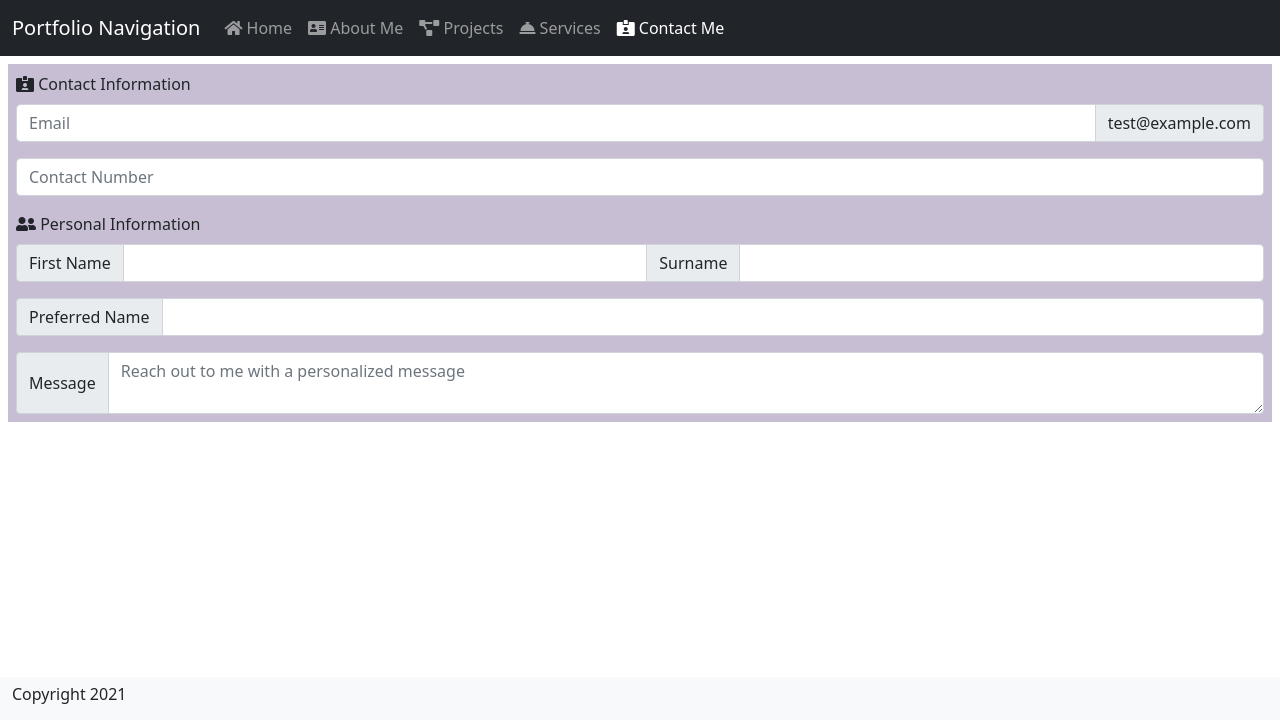
Repository: GarlicButterBoy/Portfolio
Page: contact.html
These files come from the project's save history. The page is drawn as it stood at one moment and after the next save; the edit follows.
The browser window is 1280 px wide. The page is 1284 px wide, so the pictures cover 1284 px, including what lies to the right of the window. The pictures show the whole page.

Above is the page before, as saved 2021-06-09 13:09:48.

### contact.html
<!DOCTYPE html>
<html lang="en">
<head>
    <meta charset="UTF-8">
    <meta http-equiv="X-UA-Compatible" content="IE=edge">
    <meta name="viewport" content="width=device-width, initial-scale=1.0">
    <title>Nick Sturch-Flint Portfolio</title>
    <link rel="stylesheet" href="./node_modules/bootstrap/dist/css/bootstrap.min.css">
    <link rel="stylesheet" href="./node_modules/@fortawesome/fontawesome-free/css/all.min.css">
    <link rel="stylesheet" href="./Content/app.css">
</head>
<body>
  <!-- Main Navigation -->
    <nav class="navbar navbar-expand-lg navbar-dark bg-dark">
        <div class="container-fluid">
          <a class="navbar-brand" href="#">Portfolio Navigation</a>
          <button class="navbar-toggler" type="button" data-bs-toggle="collapse" data-bs-target="#navbarNavAltMarkup" aria-controls="navbarNavAltMarkup" aria-expanded="false" aria-label="Toggle navigation">
            <span class="navbar-toggler-icon"></span>
          </button>
          <div class="collapse navbar-collapse" id="navbarNavAltMarkup">
            <div class="navbar-nav ml-auto">
              <a id="home" class="nav-link" aria-current="page" href="index.html"><i class="fas fa-home"></i> Home</a>
              <a id="about" class="nav-link" href="about.html"><i class="fas fa-address-card"></i> About Me</a>
              <a id="projects" class="nav-link" href="projects.html"><i class="fas fa-project-diagram"></i> Projects</a>
              <a id="services" class="nav-link" href="services.html"><i class="fas fa-concierge-bell"></i> Services</a>
              <a id="contact" class="nav-link" href="contact.html"><i class="fas fa-id-card-alt"></i> Contact Me</a>
            </div>
          </div>
        </div>
      </nav>
      <!-- End of Main Navigation -->

      <main class="containrer p-2">
        <div class="row">
          <div class="col">
            <div class="jumbotron p-2" id="contentArea">
              <label for="basic-url" class="form-label"><i class="fas fa-id-card-alt"></i> Contact Information</label>
              <div class="input-group mb-3">
                <input type="text" class="form-control" placeholder="Email" aria-label="Email" aria-describedby="basic-addon2">
                <span class="input-group-text" id="basic-addon2">test@example.com</span>
              </div>

              <div class="input-group mb-3">
                <input type="text" class="form-control" placeholder="Contact Number" aria-label="Contact Number" aria-describedby="basic-addon2">

              </div>

              <label for="basic-url" class="form-label"><i class="fas fa-user-friends"></i> Personal Information</label>
              <div class="input-group mb-3">
                <span class="input-group-text" id="basic-addon3">First Name</span>
                <input type="text" class="form-control" id="basic-url" aria-describedby="basic-addon3">

                <span class="input-group-text">Surname</span>
                <input type="text" class="form-control" aria-label="Surname">
              </div>

              <div class="input-group mb-3">
                <span class="input-group-text">Preferred Name</span>
                <input type="text" class="form-control" aria-label="Preferred Name">
              </div>



              <div class="input-group">
                <span class="input-group-text">Message</span>
                <textarea class="form-control" placeholder="Reach out to me with a personalized message" aria-label="Message"></textarea>
              </div>
            </div>
          </div>
        </div>
      </main>


      <footer>
        <nav class="navbar fixed-bottom navbar-light bg-light">
          <div class="container-fluid">
            <h6>Copyright 2021</h6>
          </div>
        </nav>
      </footer>

      <!-- Third Party Libraries -->
      <script src="./node_modules/jquery/dist/jquery.min.js"></script>
      <script src="./node_modules/bootstrap/dist/js/bootstrap.min.js"></script>

      <!-- Third Party Libraries -->
    <script src="./Scripts/app.js"></script>
</body>
</html>

### Content/app.css
.jumbotron {
    background-color: #c7bed3;
  }

### Scripts/app.js
"use strict";

//IIFE - Immediately Invoked Function Expression
// OR - Anonymous Self Executing Function
(function()
{
    //declare function variables here...
    console.log("%cDeclaring Variables", "color:blue");

    /**
     * Variable Initialization in this function
     */
    function Start()
    {
        console.log("%cInitializing Variables", "color:green");

        PageSwitcher();

        Main();
    }

    function PageSwitcher()
    {
        let name = window.location.pathname; //returns full .html page name
        let pageName = name.substring(1, name.length - 5); //returns page name without the first / and the final .html


        switch(pageName)
        {
            case "index":
                DisplayHome();

                break;
            case "about":
                DisplayAbout();
                break;
            case "projects":
                DisplayProjects();
                break;
            case "services":
                DisplayServices();
                break;
            case "contact":
                DisplayContact();
                break;
            default:
                console.error("Page Not Found");
                break;
        }

        $("#"+pageName).addClass("active"); //makes the active page link highlighted
    }

    function DisplayHome()
    {
        document.getElementById("home").className = "nav-link active";
         $("button").on("click", () => {
              location.href = "projects.html";
         });
    }

    function DisplayAbout()
    {

    }

    function DisplayProjects()
    {

    }

    function DisplayServices()
    {

    }

    function DisplayContact()
    {

    }

    /**
     * Main program Entry point is here
     */
    function Main()
    {
        console.log("%cMain Program Starting", "color:orange");

    }

    window.addEventListener("load", Start);
})();

Loaded but not shown: node_modules/bootstrap/dist/css/bootstrap.min.css (library); node_modules/@fortawesome/fontawesome-free/css/all.min.css (library); node_modules/jquery/dist/jquery.min.js (library); node_modules/bootstrap/dist/js/bootstrap.min.js (library)

After the next save:
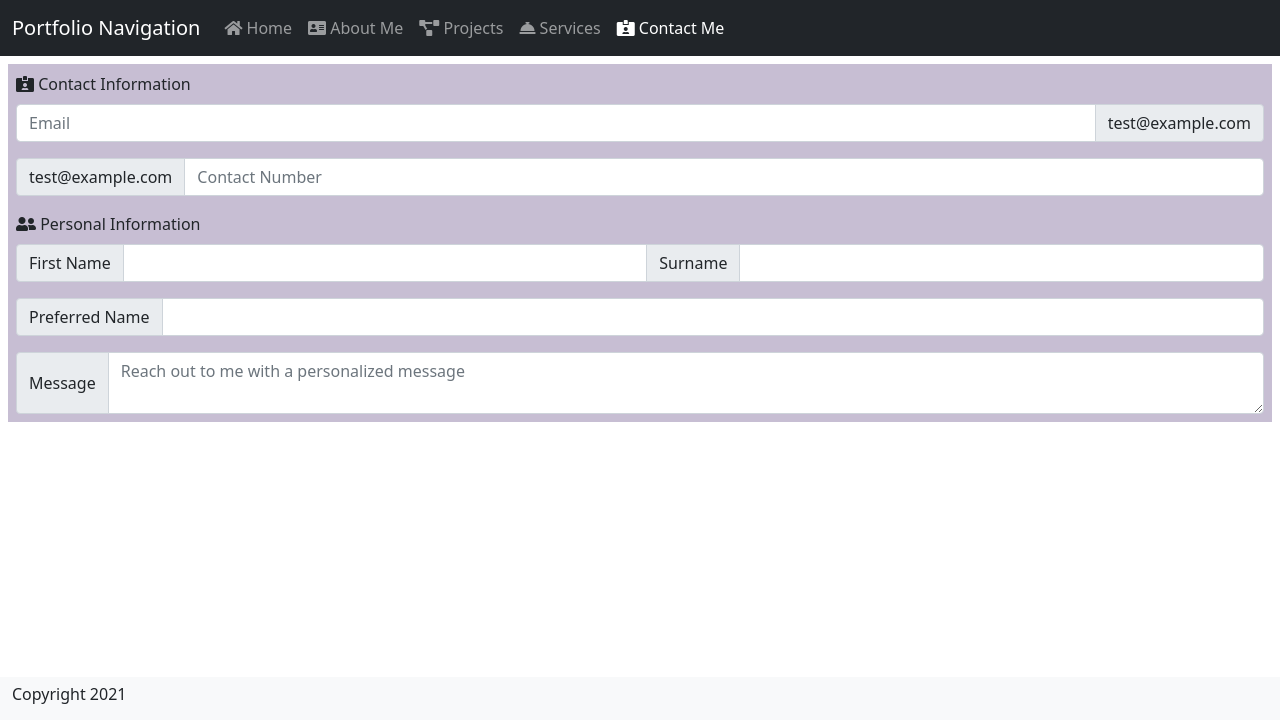
Saved 4 s later.
--- a/contact.html
+++ b/contact.html
@@ -41,6 +41,7 @@
               </div>
 
               <div class="input-group mb-3">
+                <span class="input-group-text" id="basic-addon2">test@example.com</span>
                 <input type="text" class="form-control" placeholder="Contact Number" aria-label="Contact Number" aria-describedby="basic-addon2">
 
               </div>
